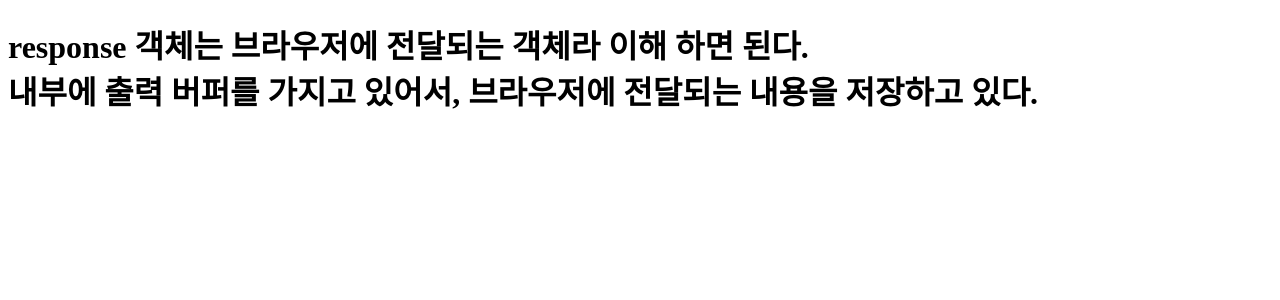
Repository: WONDongin/GoodeeAcademy_JAVA
Page: http://localhost/jspStudy/ex05_response/ex01_response1.jsp
The author's editor kept a copy of each file at every save. The page is drawn from the files as they stood at one save, then again after the next save.
The browser window is 1280 px wide. The pictures show the whole page.
The page is served by Tomcat 9.

Above is the page before, as saved 2025-04-02 02:17:52.

After the next save:
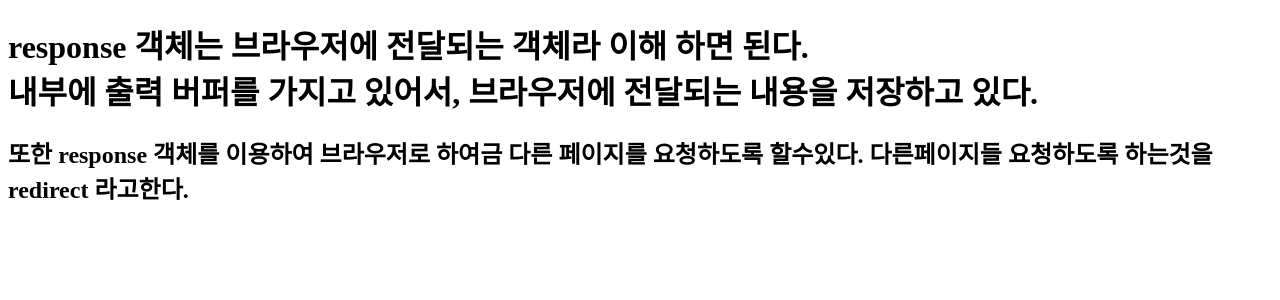
Saved 60 s later.
--- a/jsp_study/jspStudy/src/main/webapp/ex05_response/ex01_response1.jsp
+++ b/jsp_study/jspStudy/src/main/webapp/ex05_response/ex01_response1.jsp
@@ -12,6 +12,10 @@
 		response 객체는 브라우저에 전달되는 객체라 이해 하면 된다.<br/>
 		내부에 출력 버퍼를 가지고 있어서, 브라우저에 전달되는 내용을 저장하고 있다.
 		</h1>
-
+		<h2>
+		또한 response 객체를 이용하여 브라우저로 하여금 다른 페이지를 요청하도록 할수있다.
+		다른페이지들 요청하도록 하는것을 redirect 라고한다.
+		</h2>
+		<h2></h2>
 	</body>
 </html>
